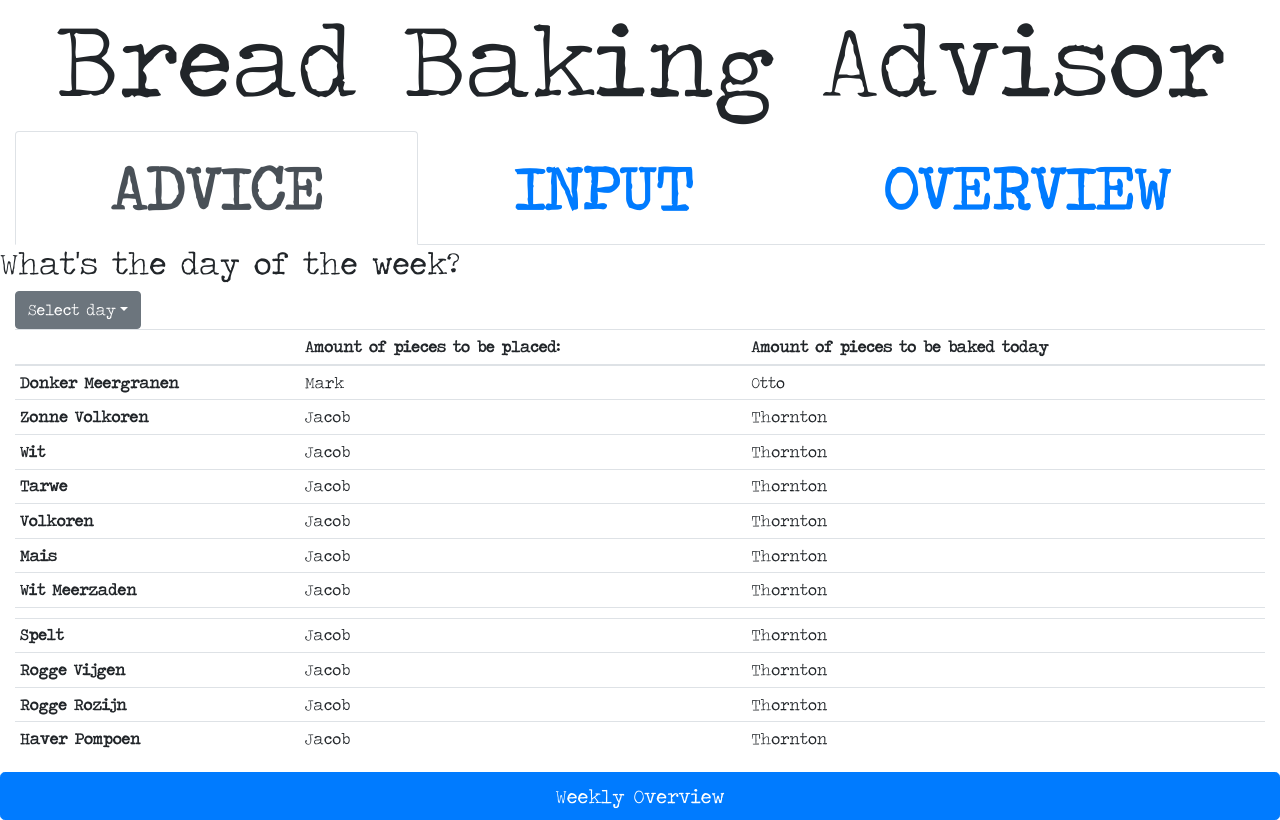
Repository: MarthGimenzo/bread-baking-advisor
Page: index.html
The author's editor kept a record of every edit. The page is drawn from the files as they stood at one moment, then again after the next edit.
The browser window is 1280 px wide. The pictures show the whole page.

Above is the page before.

After the next edit:
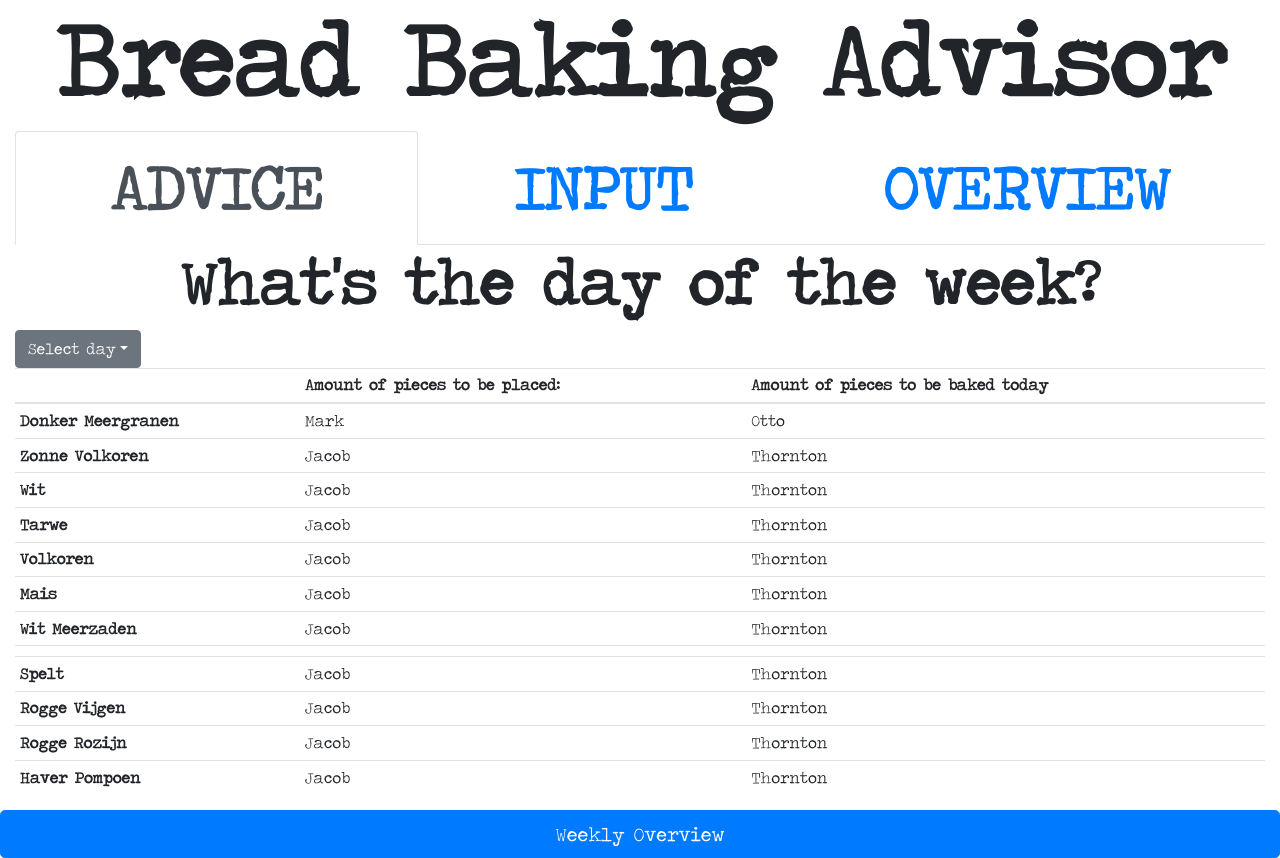
The edit:
--- a/assets/css/stylesheet.css
+++ b/assets/css/stylesheet.css
@@ -12,6 +12,13 @@
 h1 {
   font-size: 8vw;
   text-align: center;
+  font-weight: bold;
+}
+
+h2 {
+  font-size: 5vw;
+  text-align: center;
+  font-weight: bold;
 }
 
 .nav-link {
